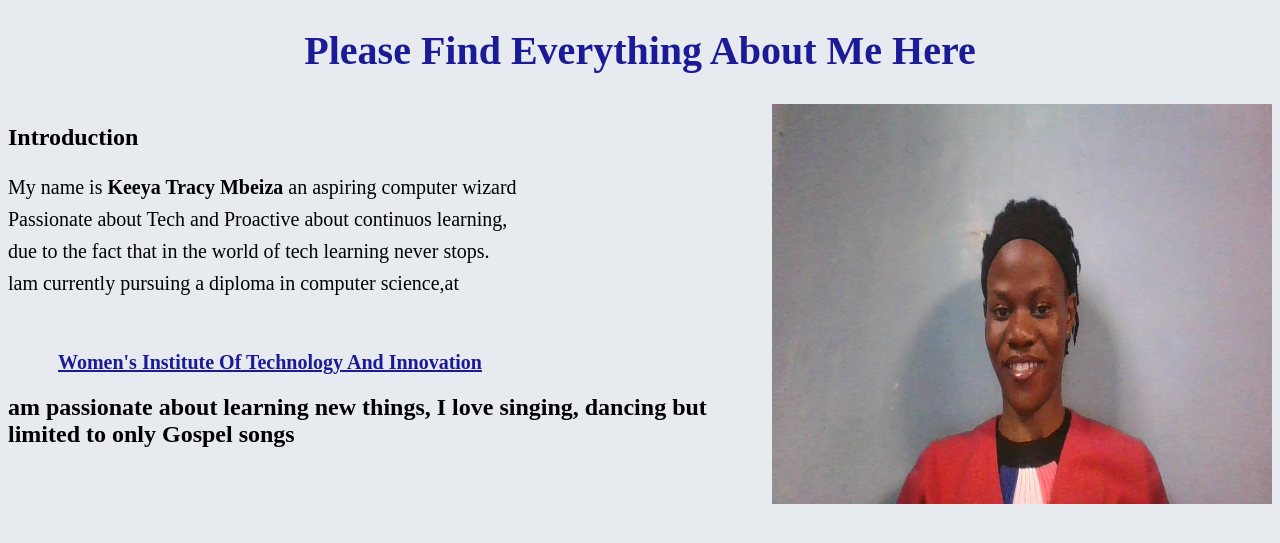
Repository: tracykeeya/my_first_web
Page: index.html
The author's editor kept a copy of each file at every save. The page is drawn from the files as they stood at one save, then again after the next save.
The browser window is 1280 px wide. The pictures show the whole page.

Above is the page before, as saved 2025-11-03 12:17:57.

### index.html
<!DOCTYPE html>
<html lang="en">
<head>
    <meta charset="UTF-8">
    <meta name="viewport" content="width=device-width, initial-scale=1.0">
    <title>My First Web Page</title>
</head>
<body style="background-color: rgb(231, 234, 238)" font-family="Arial, Helvetica, sans-serif" margin: 40px; color: #333;>

    <!-- my first heading -->
    <h1 style="text-align: center; color: rgb(27, 27, 151); font-size: 40px; margin-bottom: 30px;">Please Find Everything About Me Here</h1>

    <!-- putting the text and the image in one section -->
    <div style="display: flex; align-items: flex-start; justify-content: space-between;">
        <!-- aligning the text to the left -->
        <div style="width: 60%;">
    <h2 style="color: black;">Introduction</h2>

    <p style="font-size: 20px; line-height: 1.6;">My name is<strong> Keeya Tracy Mbeiza</strong> an aspiring computer wizard<br>Passionate about Tech and Proactive about continuos learning,<br> due to the fact that in the world of tech learning never stops.<br> lam currently pursuing a diploma in computer science,at<br>
        </br></p>
    <a href="https://www.witi.ac.ug/" target="_blank" style="position: relative; left: 50px; color: rgb(27, 27, 151); font-size: 20px; font-weight: bold;"><b> Women's Institute Of Technology And Innovation</b></a>

    <h2
    <p> am passionate about learning new things,
    I love singing, dancing but limited to only Gospel songs</p>
        </div>


    <!-- <img src="https://www.witi.ac.ug/wp-content/uploads/2020/08/WhatsApp-Image-2020-08-14-at-11.16.16-AM.jpeg" alt=""> -->
    <img src="/Tracy.jpg " alt="" width="500px" height="400px";>
   </div>
</body>
</html>

After the next save:
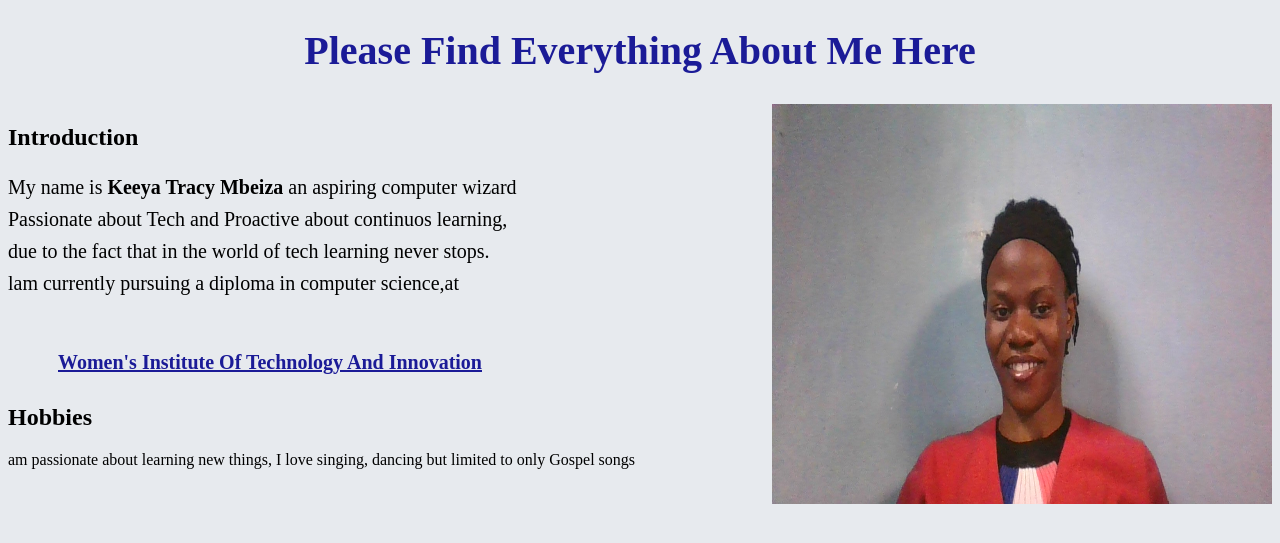
Saved 7 s later.
--- a/index.html
+++ b/index.html
@@ -20,7 +20,7 @@
         </br></p>
     <a href="https://www.witi.ac.ug/" target="_blank" style="position: relative; left: 50px; color: rgb(27, 27, 151); font-size: 20px; font-weight: bold;"><b> Women's Institute Of Technology And Innovation</b></a>
 
-    <h2
+    <h2 style="color: black; margin-top: 30px;">Hobbies</h2>
     <p> am passionate about learning new things,
     I love singing, dancing but limited to only Gospel songs</p>
         </div>
